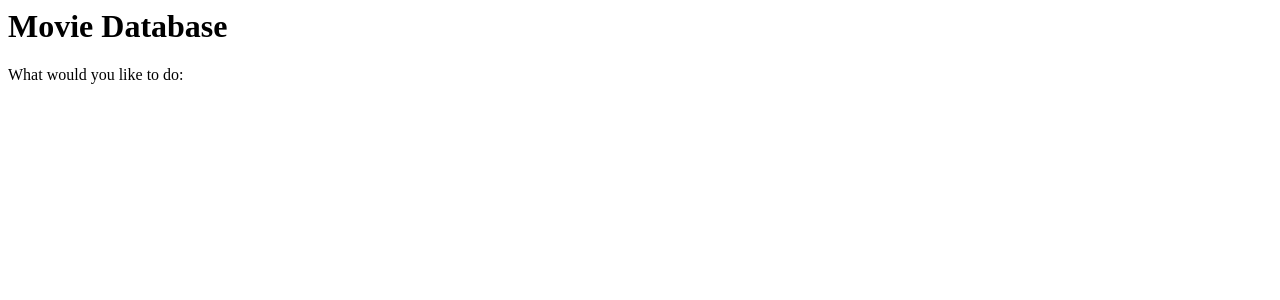
Repository: ndonnelly7/clinic-web-app
Page: Web App/ORMSQLTest/war/index.html
An editor plug-in stored every save of this project. The page is shown before and after the next save, followed by the edit.
The browser window is 1280 px wide. The pictures show the whole page.

Above is the page before, as saved 2014-01-10 10:39:41.

### Web App/ORMSQLTest/war/index.html
<!DOCTYPE HTML PUBLIC "-//W3C//DTD HTML 4.01 Transitional//EN">
<!-- The HTML 4.01 Transitional DOCTYPE declaration-->
<!-- above set at the top of the file will set     -->
<!-- the browser's rendering engine into           -->
<!-- "Quirks Mode". Replacing this declaration     -->
<!-- with a "Standards Mode" doctype is supported, -->
<!-- but may lead to some differences in layout.   -->

<html>
  <head>
    <meta http-equiv="content-type" content="text/html; charset=UTF-8">
    <title>Movie Database</title>
  </head>

  <body>
    <h1>Movie Database</h1>

    What would you like to do: <br>

  </body>
</html>

After the next save:
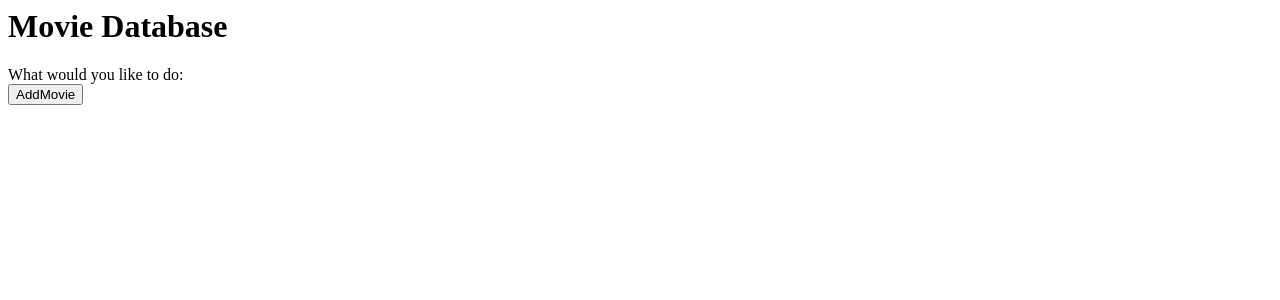
Saved 23 s later.
--- a/Web App/ORMSQLTest/war/index.html
+++ b/Web App/ORMSQLTest/war/index.html
@@ -16,6 +16,6 @@
     <h1>Movie Database</h1>
 
     What would you like to do: <br>
-
+    <input type="button" value="AddMovie">
   </body>
 </html>
